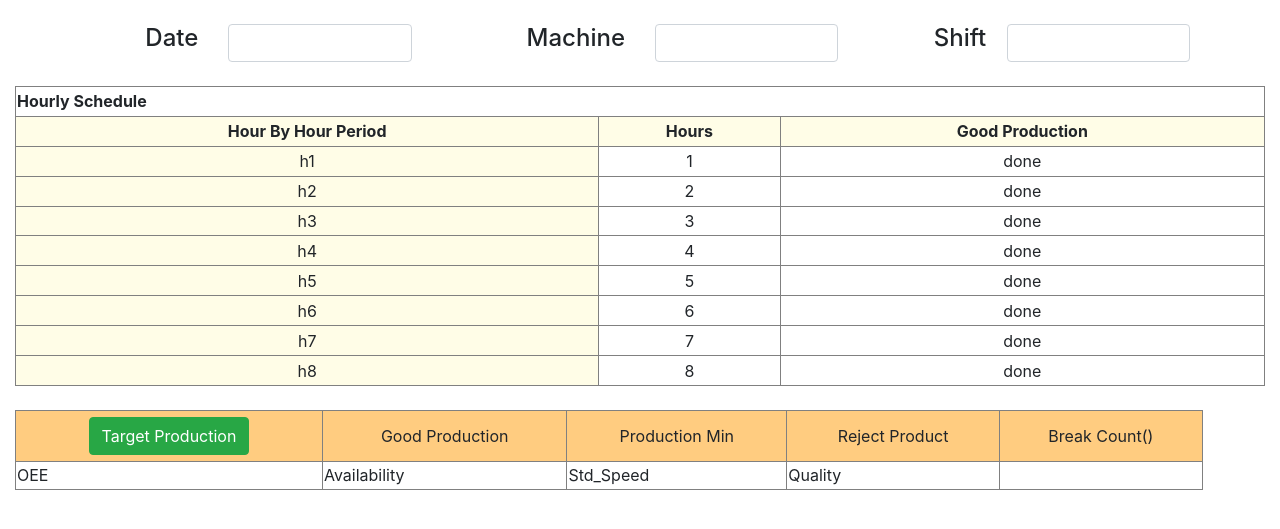
Repository: hisamit97/TVS-Locas
Page: index.html
These files come from the project's save history. The page is drawn as it stood at one moment and after the next save; the edit follows.
The browser window is 1280 px wide. The pictures show the whole page.

Above is the page before, as saved 2020-12-01 11:50:56.

After the next save:
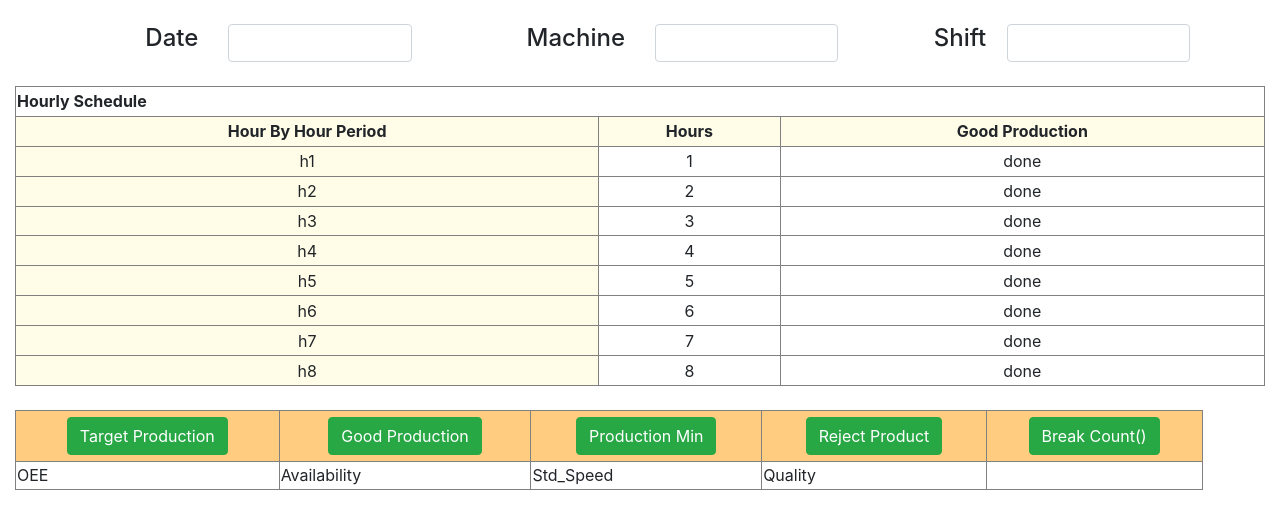
Saved 117 s later.
--- a/index.html
+++ b/index.html
@@ -97,10 +97,10 @@
             <table width="95%" border=1 height="80px">
                 <tr style="text-align: center;background:#ffcc80;">
                     <td><button class="btn btn-success">Target Production</button></td>
-                    <td>Good Production</td>
-                    <td>Production Min</td>
-                    <td>Reject Product</td>
-                    <td>Break Count()</td>
+                    <td><button class="btn btn-success">Good Production</button></td>
+                    <td><button class="btn btn-success">Production Min</button></td>
+                    <td><button class="btn btn-success">Reject Product</button></td>
+                    <td><button class="btn btn-success">Break Count()</button></td>
                 </tr>
                 <tr>
                     <td>OEE</td>
